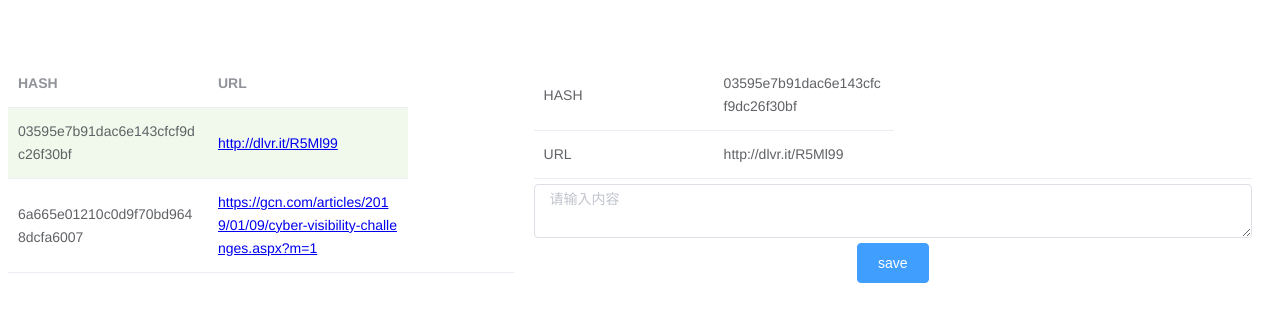
Repository: NicoleGX/TI
Page: /
An editor plug-in stored every save of this project. The page is shown before and after the next save, followed by the edit.
The browser window is 1280 px wide. The pictures show the whole page.
The project was rebuilt for these pictures with package versions that can differ from the ones it lists, and the page was loaded fresh each time.

Above is the page before, as saved 2019-05-28 20:21:48.

After the next save:
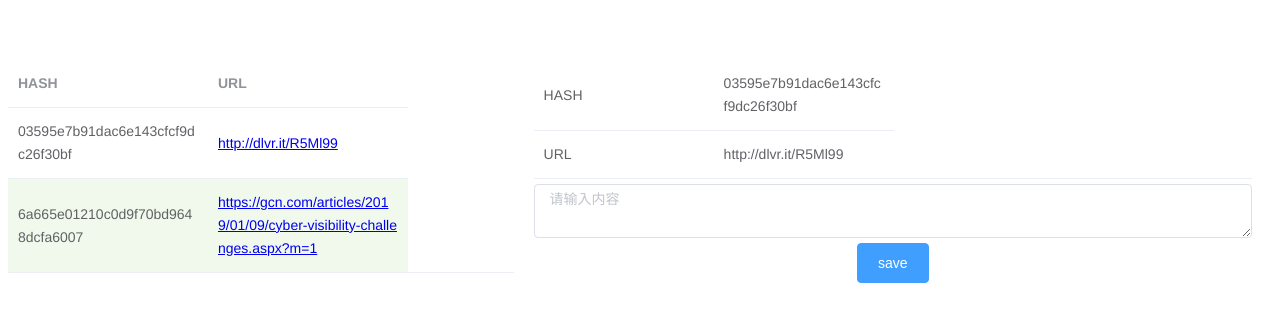
Saved 41 s later.
--- a/src/views/TextClassification.vue
+++ b/src/views/TextClassification.vue
@@ -55,9 +55,9 @@ export default {
   methods: {
     tableRowClassName({row, rowIndex}) {
       if (row['has_edit']) {
+        return 'success-row';
+      } else {
         return 'warning-row';
-      } else {
-        return 'success-row';
       }
       return '';
     },
